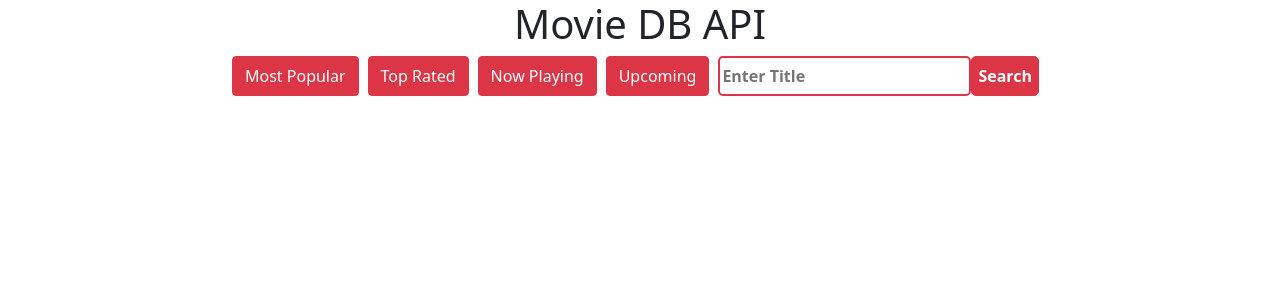
Repository: chaampavictor/moviedbapi
Page: /
An editor plug-in stored every save of this project. The page is shown before and after the next save, followed by the edit.
The browser window is 1280 px wide. The pictures show the whole page.
The page's requests for data from a server got no answer. The project was rebuilt for these pictures with package versions that can differ from the ones it lists, and the page was loaded fresh each time. No one was signed in, and anything a server would have sent is missing.

Above is the page before, as saved 2022-01-13 13:44:20.

After the next save:
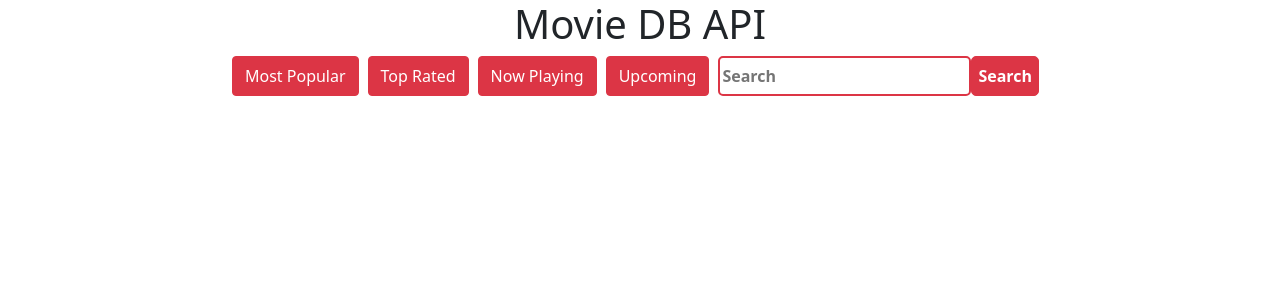
Saved 14 s later.
--- a/src/App.js
+++ b/src/App.js
@@ -138,7 +138,7 @@ function App() {
                 type="text"
                 value={name}
                 onChange={(e) => setName(e.target.value)}
-                placeholder="Enter Title "
+                placeholder="Search "
                 className="searchbutton"
               />
             </label>
